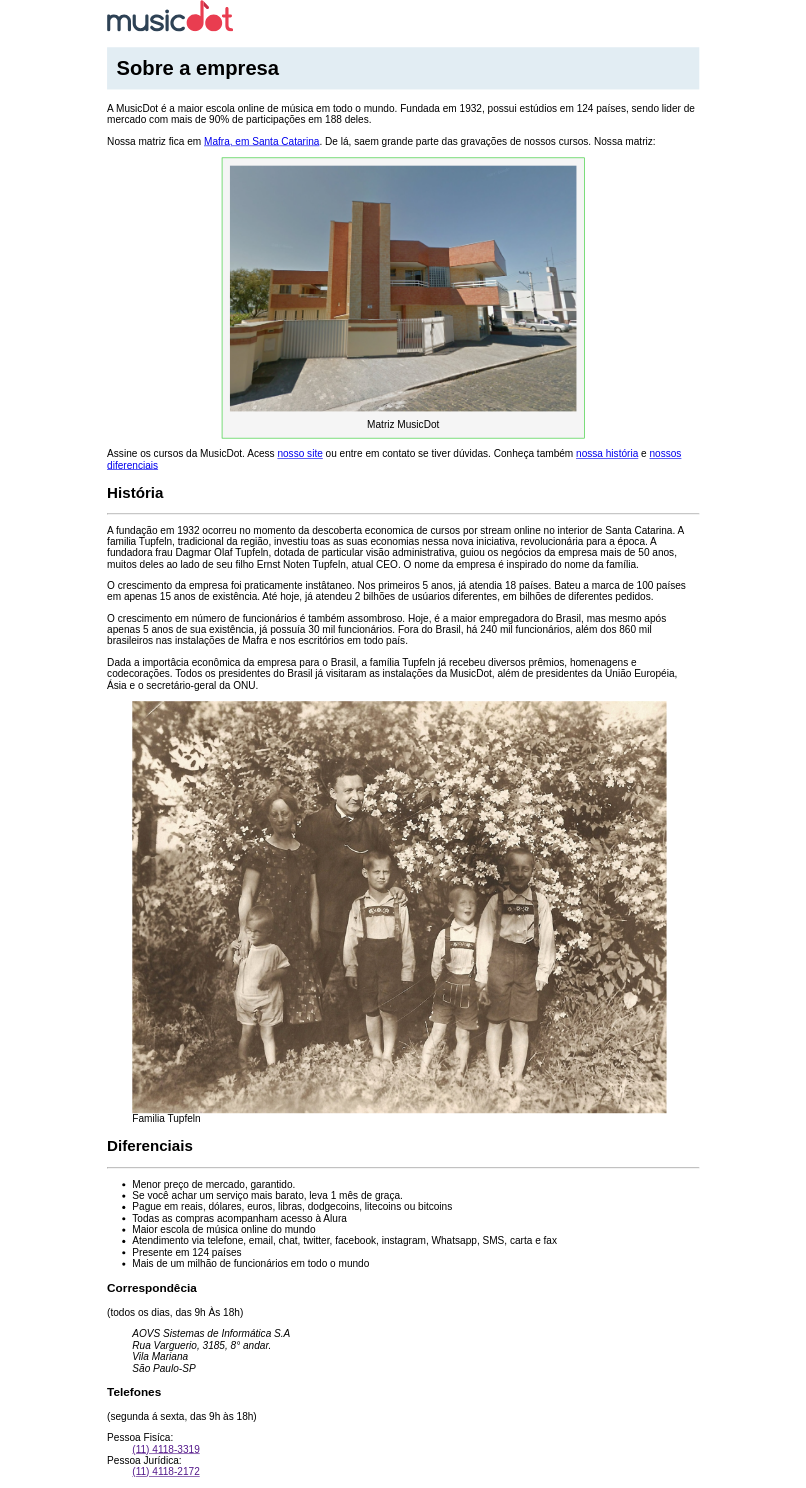
Repository: EmanuelUrbano/introducao_a_tecnologias
Page: 05_04_22/trabalho/projeto-musicdot/sobre.html
The author's editor kept a copy of each file at every save. The page is drawn from the files as they stood at one save, then again after the next save.
The browser window is 1280 px wide. The pictures show the whole page, at 63% of full size.

Above is the page before, as saved 2022-05-23 17:27:41.

After the next save:
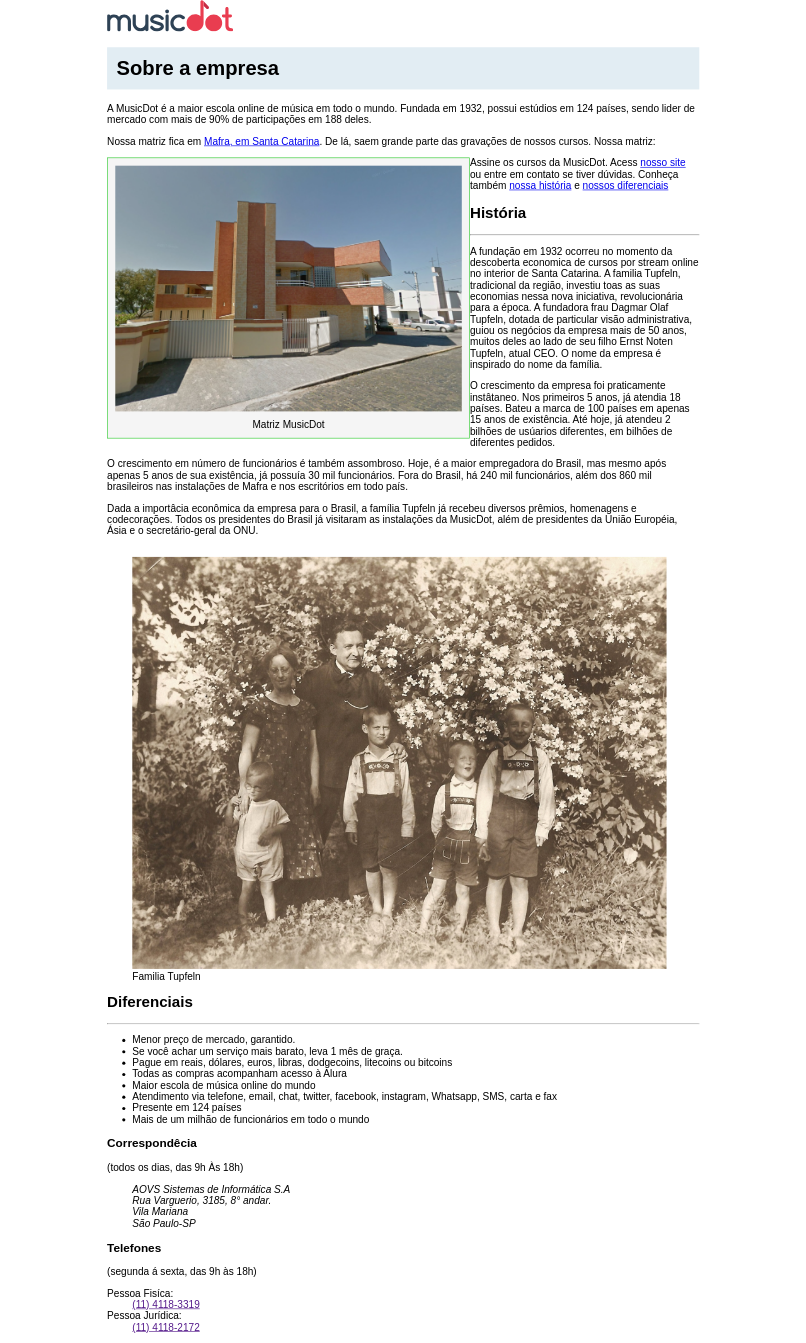
Saved 42 s later.
--- a/05_04_22/trabalho/projeto-musicdot/sobre.css
+++ b/05_04_22/trabalho/projeto-musicdot/sobre.css
@@ -28,7 +28,6 @@
     text-align: center;
 }
 
-img[alt="familia-tupfeln"]{
-
+figure{
     float: left;
 }
